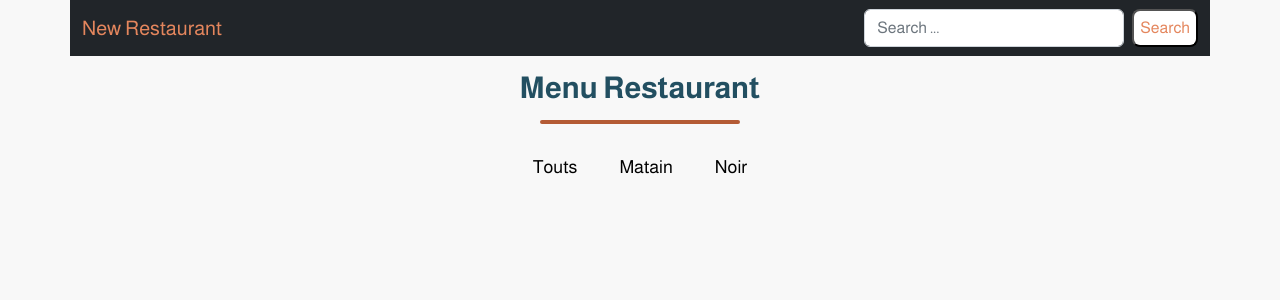
Repository: SD-Mdouka/react-table
Page: /
The author's editor kept a copy of each file at every save. The page is drawn from the files as they stood at one save, then again after the next save.
The browser window is 1280 px wide. The pictures show the whole page.
The project was rebuilt for these pictures with package versions that can differ from the ones it lists, and the page was loaded fresh each time.

Above is the page before, as saved 2022-10-06 16:27:02.

After the next save:
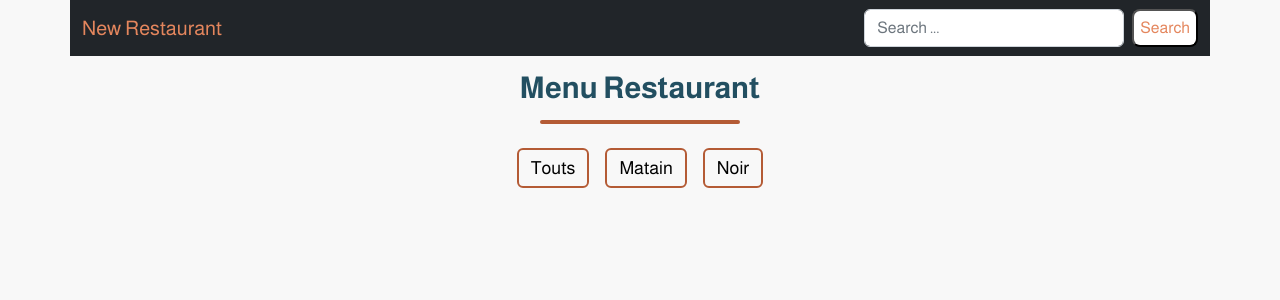
Saved 73 s later.
--- a/src/App.css
+++ b/src/App.css
@@ -30,6 +30,7 @@
     font-size: 18px !important;
     letter-spacing: 0 !important;
     line-height: 24px !important;
+    border: 2px solid #b45b35 !important;
 }
 
 .btn:hover {
